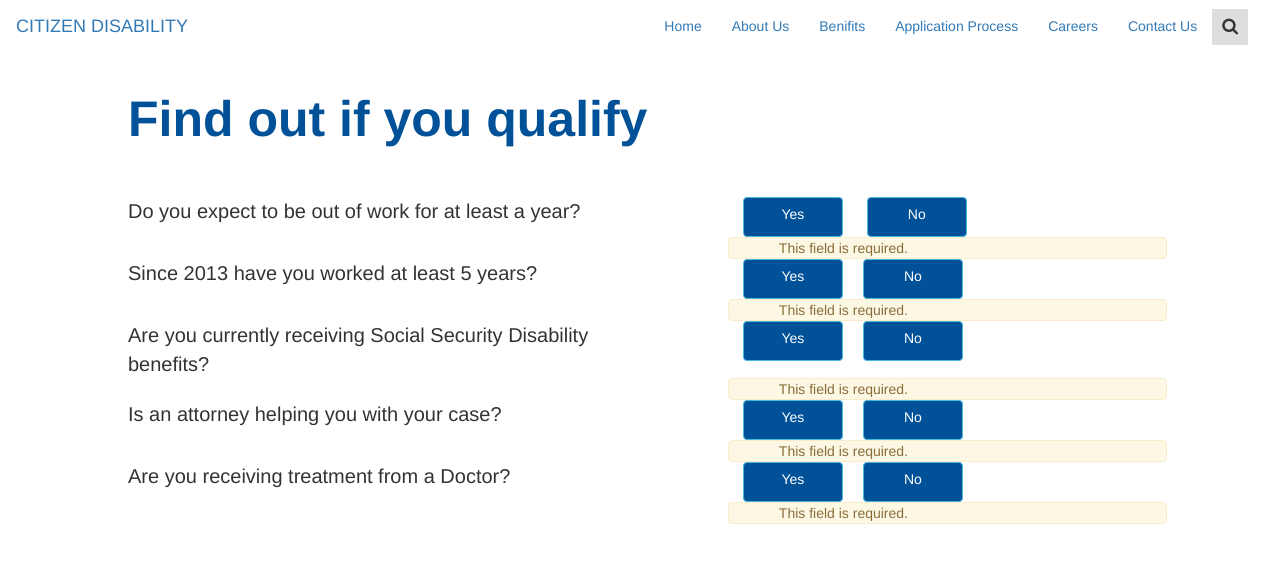
Repository: welcome0605/Embed-html-integrate-with-API
Page: Home.html
The author's editor kept a copy of each file at every save. The page is drawn from the files as they stood at one save, then again after the next save.
The browser window is 1280 px wide. The pictures show the whole page.

Above is the page before, as saved 2019-04-27 15:47:53.

### Home.html
<!DOCTYPE html>
<html lang="en">
<head>
  <title>CITIZEN DISABILITY</title>
  <meta charset="utf-8">
  <meta name="viewport" content="width=device-width, initial-scale=1">
  <link rel="stylesheet" href="https://maxcdn.bootstrapcdn.com/bootstrap/3.4.0/css/bootstrap.min.css">
  <script src="https://ajax.googleapis.com/ajax/libs/jquery/3.3.1/jquery.min.js"></script>
  <script src="https://maxcdn.bootstrapcdn.com/bootstrap/3.4.0/js/bootstrap.min.js"></script>
  <link rel = "stylesheet" type = "text/css" href = "./css/base.css" />
  <link rel="stylesheet" href="https://cdnjs.cloudflare.com/ajax/libs/font-awesome/4.7.0/css/font-awesome.min.css">
</head>
<body>

<nav class="navbar navbar-info">
  <div class="container-fluid">
    <div class="navbar-header">
      <a class="navbar-brand" href="Home.html">CITIZEN DISABILITY</a>
    </div>
    <ul class="nav navbar-nav div_right">
      <li class="active"><a href="Home.html">Home</a></li>
      <li><a href="About Us.html">About Us</a></li>
      <li><a href="Benifits.html">Benifits</a></li>
      <li><a href="Application Process.html">Application Process</a></li>
      <li><a href="Careers.html">Careers</a></li>
      <li><a href="Contact Us.html">Contact Us</a></li>
      <!-- <input type="text" placeholder="Search.." name="search"> -->
      <button type="button"><i class="fa fa-search"></i></button>
    </ul>
  </div>
</nav>

<div class="container">
  <!-- <h3>Basic Navbar Example1</h3>
  <p>A navigation bar is a navigation header that is placed at the top of the page.</p> -->
  <!-- <form method="POST"> -->
    <!-- <div class="div_entire"> -->
      <div class="row"><h2 class="title">Find out if you qualify</h2></div>
      <div class="row radio_buttons" >
        <div class="row">
          <div class="col-md-6 div_label">Do you expect to be out of work for at least a year?</div>
          <div class="col-md-1"></div>
          <div class="col-md-5 " data-toggle="buttons">
            <label class="btn btn-info radio_q"><input type="radio"  value="Yes"  class="form_input valid" >Yes</label>
            <label class="btn btn-info radio_q"><input type="radio"  value="No"  class="form_input valid" >No</label>
          </div>
        </div>
        <div class="row">
          <div class="col-md-7"></div>
          <div class="alert alert-warning col-md-5 alert1">
            This field is required.
          </div>
        </div>
      </div>

      <div class="row radio_buttons" >
        <div class="row">
          <div class="col-md-6 div_label">Since 2013 have you worked at least 5 years?</div>
          <div class="col-md-1"></div>
          <div class="col-md-5 btn-group-toggle" data-toggle="buttons">
            <label class="btn btn-info radio_q"><input type="radio"  value="Yes"  class="form_input valid" >Yes</label>
            <label class="btn btn-info radio_q"><input type="radio"  value="No"  class="form_input valid" >No</label>
          </div>
        </div>
        <div class="row">
          <div class="col-md-7"></div>
          <div class="alert alert-warning col-md-5 alert2">
            This field is required.
          </div>
        </div>
      </div>

      <div class="row radio_buttons" >
        <div class="row">
          <div class="col-md-6 div_label">Are you currently receiving Social Security Disability benefits?</div>
          <div class="col-md-1"></div>
          <div class="col-md-5 btn-group-toggle" data-toggle="buttons">
            <label class="btn btn-info radio_q"><input type="radio"  value="Yes"  class="form_input valid" >Yes</label>
            <label class="btn btn-info radio_q"><input type="radio"  value="No"  class="form_input valid" >No</label>
          </div>
        </div>
        <div class="row">
          <div class="col-md-7"></div>
          <div class="alert alert-warning col-md-5 alert3">
            This field is required.
          </div>
        </div>
      </div>
      <div class="row radio_buttons" >
        <div class="row">
          <div class="col-md-6 div_label">Is an attorney helping you with your case?</div>
          <div class="col-md-1"></div>
          <div class="col-md-5 btn-group-toggle" data-toggle="buttons">
            <label class="btn btn-info radio_q"><input type="radio"  value="Yes"  class="form_input valid" >Yes</label>
            <label class="btn btn-info radio_q"><input type="radio"  value="No"  class="form_input valid" >No</label>
          </div>
        </div>
        <div class="row">
          <div class="col-md-7"></div>
          <div class="alert alert-warning col-md-5 alert4">
            This field is required.
          </div>
        </div>
      </div>
      <div class="row radio_buttons" >
        <div class="row">
          <div class="col-md-6 div_label">Are you receiving treatment from a Doctor?</div>
          <div class="col-md-1"></div>
          <div class="col-md-5 btn-group-toggle" data-toggle="buttons">
            <label class="btn btn-info radio_q"><input type="radio"  value="Yes"  class="form_input valid" >Yes</label>
            <label class="btn btn-info radio_q"><input type="radio"  value="No"  class="form_input valid" >No</label>
          </div>
        </div>
        <div class="row">
          <div class="col-md-7"></div>
          <div class="alert alert-warning col-md-5 alert5">
            This field is required.
          </div>
        </div>
      </div>
      <!-- <input type="submit" value="Submit"> -->
    <!-- </div> -->
  <!-- </form> -->
</div>

</body>
</html>

### css/base.css
navbar-default .navbar-nav>.active>a, .navbar-default .navbar-nav>.active>a:focus, .navbar-default .navbar-nav>.active>a:hover {
    background-color: #005197 !important;
    color: white;
}

.navbar-default .navbar-nav>li>a {
    color: black;
    font-size: 20px;
}

.div_right input[type=text] {
    padding: 6px;
    margin-top: 8px;
    font-size: 17px;
    border: none;
}

.div_right button {
    float: right;
    padding: 6px 10px;
    margin-top: 8px;
    margin-right: 16px;
    background: #ddd;
    font-size: 17px;
    border: none;
    cursor: pointer;
}

.div_right {
    float: right;
}

/* .radio_buttons {
    display: inline-flex;
} */

.div_label {
    font-size: 20px;
    /* margin-right: 500px; */
}

.btn-group-toggle {
    display: inline-flex;
}

.radio_q {
    width: 500px;
    margin-right: 20px;
    width: 100px;
    height: 40px;
}

.radio_q {
    background: #005197 !important;
}

.title {
    color: #005197;
    font-weight: 700;
    margin-bottom: 50px;
    font-size: 50px;
}

.container {
    margin: auto 10% auto 10% !important;
    width: 80%;
}

.alert {
    padding: 0 0 0 50px;
    margin-bottom: 0;
}

After the next save:
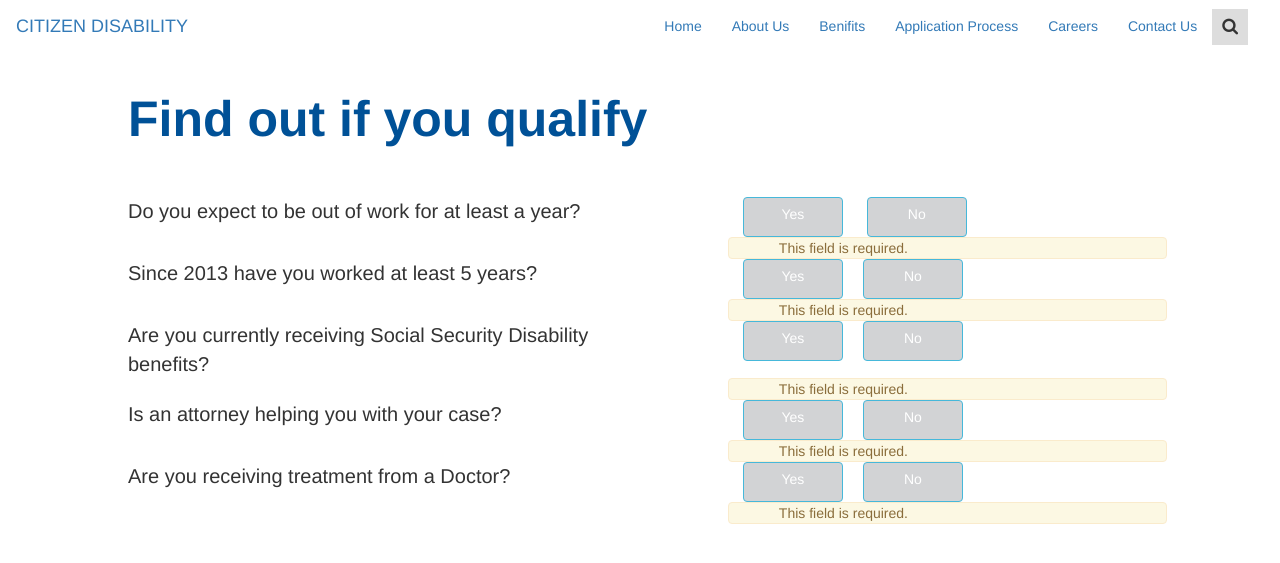
Saved 20 s later.
--- a/css/base.css
+++ b/css/base.css
@@ -51,7 +51,7 @@ navbar-default .navbar-nav>.active>a, .navbar-default .navbar-nav>.active>a:focu
 }
 
 .radio_q {
-    background: #005197 !important;
+    background: #D2D3D5 !important;
 }
 
 .title {
